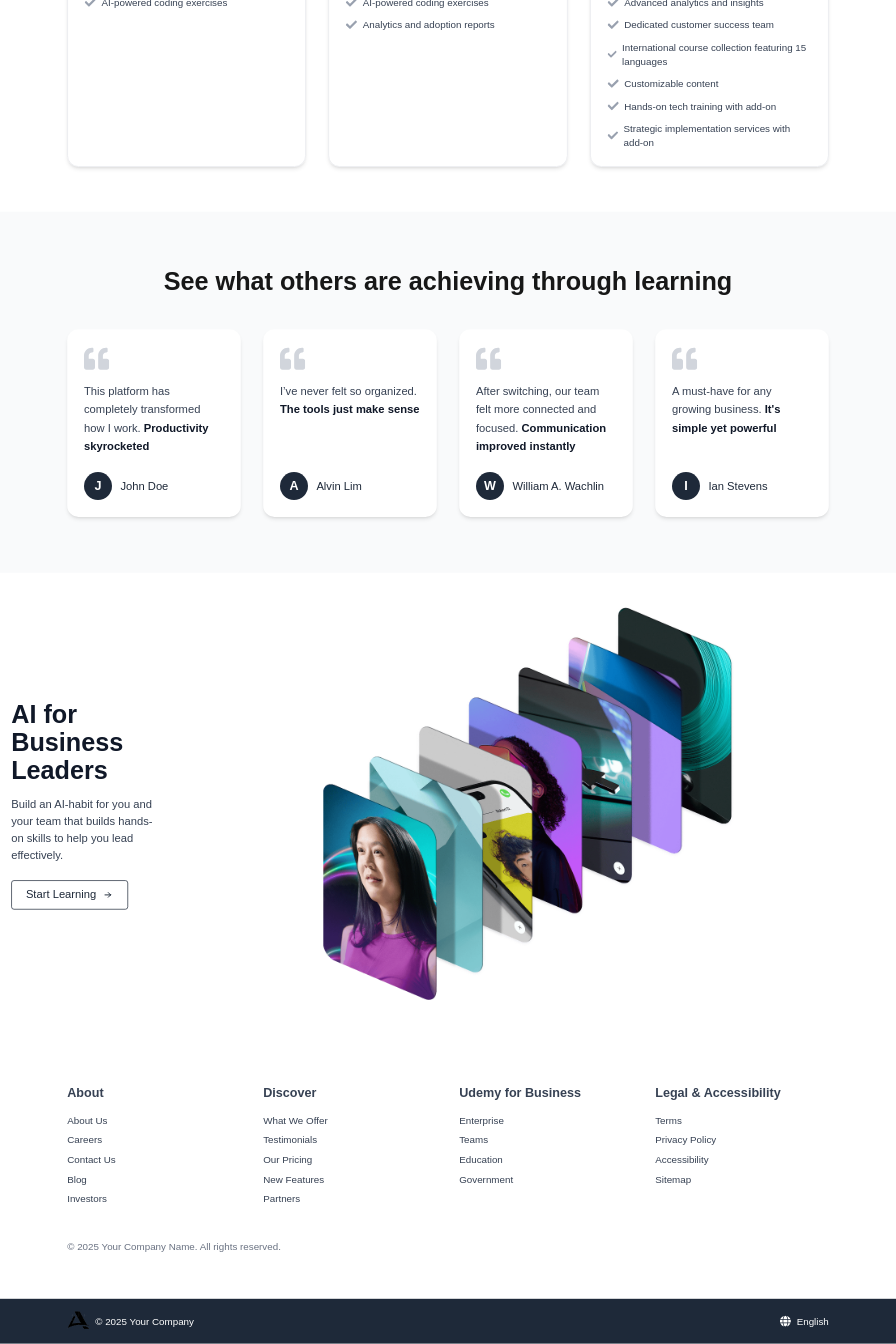
Repository: MohamedSalah54/full-stack-e-learning
Page: / (app in frontend/)
The author's editor kept a copy of each file at every save. The page is drawn from the files as they stood at one save, then again after the next save.
The browser window is 1280 px wide. The pictures show the part of the page from y = 1988 to 3908 px (the page is 3908 px tall), at 70% of full size.
The project was rebuilt for these pictures with package versions that can differ from the ones it lists, and the page was loaded fresh each time. The framework's server and built-in components were replaced by stand-ins that run in the browser. Also part of the build but not shown: frontend/next.config.ts.

Above is the page before, as saved 2025-06-16 15:16:04.

### frontend/src/app/layout.tsx
import type { Metadata } from "next";
import { Geist, Geist_Mono } from "next/font/google";
import "./globals.css";
import { Providers } from "@/app/providers";
import Navbar from "@/components/Navbar";
import Footer from "@/components/Footer";

const geistSans = Geist({
  variable: "--font-geist-sans",
  subsets: ["latin"],
});

const geistMono = Geist_Mono({
  variable: "--font-geist-mono",
  subsets: ["latin"],
});

export const metadata: Metadata = {
  title: "Create Next App",
  description: "Generated by create next app",
};

export default function RootLayout({
  children,
}: Readonly<{
  children: React.ReactNode;
}>) {
  return (
    <html lang="en">
      <body
        className={`${geistSans.variable} ${geistMono.variable} antialiased`}
      >
        <Navbar/>
        <Providers>{children}</Providers>
      <Footer/>
      </body>
    </html>
  );
}

### frontend/src/app/page.tsx
import HeroBannerFixed from "@/components/home/HeroBannerFixed"
import HeroBannerSlider from "@/components/home/HeroBannerSlider"
import HeroCategories from "@/components/home/HeroCategories"
import HeroPlans from "@/components/home/HeroPlans"
import HeroTestimonials from "@/components/home/HeroTestimonials"

const Home = () => {
  return (
    <main className="flex flex-col items-center justify-center">
      <HeroBannerSlider />
      <HeroCategories />
      <HeroPlans />
      <HeroTestimonials />
      <HeroBannerFixed />

    </main>
  )
}

export default Home

### frontend/src/app/providers.jsx
'use client';

import { Provider } from 'react-redux';
import { store } from '@/redux/store/store';
export function Providers({ children }) {
  return <Provider store={store}>{children}</Provider>;
}

### frontend/src/components/Footer.tsx
import { FaGlobe } from "react-icons/fa";

export default function Footer() {
  return (
    <footer className="bg-white text-gray-700">
      {/* Top Footer */}
      <div className="w-full px-6 md:px-16 lg:px-24 py-16">
        <div className="grid grid-cols-2 md:grid-cols-4 gap-8">
          {/* Column 1 */}
          <div>
            <h3 className="font-semibold text-lg mb-4">About</h3>
            <ul className="space-y-2 text-sm">
              <li>About Us</li>
              <li>Careers</li>
              <li>Contact Us</li>
              <li>Blog</li>
              <li>Investors</li>
            </ul>
          </div>

          {/* Column 2 */}
          <div>
            <h3 className="font-semibold text-lg mb-4 bg-">Discover</h3>
            <ul className="space-y-2 text-sm">
              <li>What We Offer</li>
              <li>Testimonials</li>
              <li>Our Pricing</li>
              <li>New Features</li>
              <li>Partners</li>
            </ul>
          </div>

          {/* Column 3 */}
          <div>
            <h3 className="font-semibold text-lg mb-4">Udemy for Business</h3>
            <ul className="space-y-2 text-sm">
              <li>Enterprise</li>
              <li>Teams</li>
              <li>Education</li>
              <li>Government</li>
            </ul>
          </div>

          {/* Column 4 */}
          <div>
            <h3 className="font-semibold text-lg mb-4">Legal & Accessibility</h3>
            <ul className="space-y-2 text-sm">
              <li>Terms</li>
              <li>Privacy Policy</li>
              <li>Accessibility</li>
              <li>Sitemap</li>
            </ul>
          </div>
        </div>

        {/* Bottom note below columns */}
        <div className="mt-12 text-sm text-gray-500">
          © 2025 Your Company Name. All rights reserved.
        </div>
      </div>

      {/* Divider */}
      <div className="border-t border-white" />

      {/* Bottom Footer */}
      <div className="bg-gray-800 text-white py-4 px-6 md:px-16 lg:px-24 flex flex-col md:flex-row justify-between items-center text-sm">
        {/* Left side */}
        <div className="flex items-center gap-2 mb-4 md:mb-0">
          <img src="/logo.png" alt="Logo" className="w-8 h-8" />
          <span>© 2025 Your Company</span>
        </div>

        {/* Right side */}
        <div className="flex items-center gap-2">
          <FaGlobe className="w-4 h-4" />
          <span>English</span>
        </div>
      </div>
    </footer>
  );
}

### frontend/src/components/home/HeroBannerFixed.tsx
// components/HeroBannerFixed.tsx
'use client';

import { HiOutlineArrowSmRight } from "react-icons/hi";

const HeroBannerFixed = () => {
    return (
        <section className="w-full bg-white py-10">
            <div className="max-w-7xl mx-auto px-4 flex flex-col-reverse md:flex-row items-center justify-between gap-10">
                {/* Text content on the left */}
                <div className="w-full md:w-1/2 text-left">
                    <h1 className="text-2xl sm:text-3xl md:text-4xl font-bold text-gray-900 mb-4">
                        AI for Business Leaders
                    </h1>
                    <span className="block text-gray-700 text-base mb-6">
                        Build an AI-habit for you and your team that builds hands-on skills to help you lead effectively.

                    </span>
                    <button className="px-5 py-2 bg-white text-gray-800 border border-gray-800 rounded hover:bg-gray-200 transition flex items-center gap-2 cursor-pointer">
                        Start Learning <HiOutlineArrowSmRight />
                    </button>

                </div>

                {/* Image on the right */}
                <div className="w-full flex justify-end">
                    <div className="w-full md:w-[500px] lg:w-[1000px] ml-auto">
                        <img
                            src="/hero-fixed.png"
                            alt="Hero"
                            className="w-full h-auto rounded-md object-contain"
                        />
                    </div>
                </div>
            </div>
        </section>
    );
};

export default HeroBannerFixed;

### frontend/src/components/home/HeroBannerSlider.tsx
"use client";

import React, { useState } from "react";
import { FaArrowLeft, FaArrowRight } from "react-icons/fa";
import { heroSlides } from "@/constants";

const slides = heroSlides;

const HeroBannerSlider = () => {
  const [current, setCurrent] = useState(0);

  const nextSlide = () => {
    setCurrent((prev) => (prev + 1) % slides.length);
  };

  const prevSlide = () => {
    setCurrent((prev) => (prev - 1 + slides.length) % slides.length);
  };

  return (
    <>
      {/* Slider Section */}
      <section className="w-full relative bg-white overflow-hidden">
        {/* Wrapper for center and padding on large screens */}
        <div className="w-full max-w-screen-xl mx-auto relative h-[300px] sm:h-[400px] md:h-[500px]">
          {slides.map((slide, index) => (
            <img
              key={index}
              src={slide.image}
              alt="Hero"
              className={`absolute top-0 left-0 w-full h-full object-cover object-[60%] transition-opacity duration-700 ${
                index === current ? "opacity-100 z-10" : "opacity-0 z-0"
              }`}
            />
          ))}

          {/* Arrows */}
          <button
            onClick={prevSlide}
            className="absolute top-1/2 left-4 transform -translate-y-1/2 bg-white text-black p-2 rounded-full shadow hover:bg-gray-200 z-40"
          >
            <FaArrowLeft />
          </button>
          <button
            onClick={nextSlide}
            className="absolute top-1/2 right-4 transform -translate-y-1/2 bg-white text-black p-2 rounded-full shadow hover:bg-gray-200 z-40"
          >
            <FaArrowRight />
          </button>

          {/* Text Box for Large Screens */}
          <div className="hidden md:block absolute top-1/2 left-[170px] transform -translate-y-1/2 z-30">
            <div className="bg-white/90 p-5 rounded-md max-w-sm shadow-md">
              <h1 className="text-2xl lg:text-3xl font-bold text-gray-900 mb-2">
                {slides[current].title}
              </h1>
              <p className="text-gray-700 text-base">{slides[current].description}</p>
            </div>
          </div>
        </div>
      </section>

      {/* Text Below Image for Small Screens */}
      <div className="block md:hidden w-full bg-white pt-6 px-4">
        <div className="bg-white p-0 shadow-none rounded-none">
          <h1 className="text-xl font-bold text-gray-900 mb-2">{slides[current].title}</h1>
          <p className="text-gray-700 text-sm">{slides[current].description}</p>
        </div>
      </div>

      {/* Section Below */}
      <div className="w-full text-left py-10 bg-white px-4 sm:px-10 md:px-32">
        <h1 className="text-2xl sm:text-3xl font-bold text-gray-900 mb-4">
          Ready to reimagine your career?
        </h1>
        <p className="text-base sm:text-lg text-gray-700 max-w-xl">
          Get the skills and real-world experience employers want with Career Accelerators.
        </p>
      </div>
    </>
  );
};

export default HeroBannerSlider;

### frontend/src/components/home/HeroCategories.tsx
import { heroCategories } from "@/constants";

const HeroCategories = () => {
    const categories = heroCategories
    return (
       <section className="w-full py-16 px-4 bg-white">
  {/* Cards */}
  <div className="max-w-7xl mx-auto grid grid-cols-1 sm:grid-cols-2 lg:grid-cols-3 gap-8">
    {categories.map((cat, index) => (
      <div
        key={index}
        className="bg-white rounded-xl overflow-hidden shadow transition min-h-[350px] hover:bg-gray-100 cursor-pointer"
      >
        <img
          src={cat.image}
          alt={cat.title}
          className="w-full h-[250px] object-contain bg-white"
        />
        <div className="p-4">
          <h3 className="text-xl font-semibold text-gray-900 mb-2">{cat.title}</h3>
          <p className="text-sm text-gray-600 flex items-center gap-2">
            {"⭐".repeat(Math.round(cat.rating))}
            <span className="text-xs text-gray-500 ml-2">
              ({cat.reviews} reviews)
            </span>
          </p>
        </div>
      </div>
    ))}
  </div>

  {/* Search button */}
  <div className="flex justify-start mt-10 max-w-7xl mx-auto">
    <button className="bg-gray-800 text-white px-6 py-3 rounded-md hover:bg-gray-700 transition cursor-pointer">
      Search All Categories
    </button>
  </div>

  {/* Heading + Span */}
  <div className="text-left mt-10 max-w-7xl mx-auto">
    <h1 className="text-3xl font-bold text-gray-900 mb-2">
      All the skills you need in one place
    </h1>
    <span className="text-gray-600 text-base">
      From critical skills to technical topics, AcademyX supports your professional development.
    </span>
  </div>
</section>

    );
};

export default HeroCategories;

### frontend/src/components/home/HeroTestimonials.tsx
 import { heroTestimonials } from "@/constants";
import { FaQuoteLeft } from "react-icons/fa";

export default function HeroTestimonials() {
  return (
    <section className="w-full bg-gray-50 py-20 px-6 md:px-16 lg:px-24">
      <div className="max-w-7xl mx-auto">
        <h1 className="text-4xl font-bold text-center mb-12">See what others are achieving through learning</h1>
        <div className="grid grid-cols-1 md:grid-cols-2 lg:grid-cols-4 gap-8">
          {heroTestimonials.map((item) => (
            <div
              key={item.id}
              className="bg-white rounded-2xl shadow-md p-6 flex flex-col justify-between h-full"
            >
              {/* Quote icon */}
              <div className="text-gray-300 text-4xl mb-4">
                <FaQuoteLeft />
              </div>

              {/* Text */}
              <p className="text-gray-700 mb-6 leading-relaxed">
                {item.text}
                <strong className="font-semibold text-gray-900"> {item.highlight}</strong>
              </p>

              {/* Avatar */}
              <div className="flex items-center gap-3 mt-auto">
                <div className="w-10 h-10 bg-gray-800 text-white flex items-center justify-center rounded-full text-lg font-bold">
                  {item.name[0]}
                </div>
                <span className="text-gray-800 font-medium">{item.name}</span>
              </div>
            </div>
          ))}
        </div>
      </div>
    </section>
  );
}

### frontend/src/constants/index.ts
//Home Page
import { FaUser, FaUsers, FaBuilding , FaQuoteLeft} from "react-icons/fa";


export const heroSlides = [
    {
        image: "/banner1.jpg",
        title: "Skills that drive you forward",
        description: "Technology and the world of work change fast — with us, you’re faster. Get the skills to achieve goals and stay competitive.",
    },
    {
        image: "/banner2.jpg",
        title: "Learning that gets you",
        description: "Skills for your present (and your future). Get started with us.",
    },
];

export const heroCategories = [
    {
        title: "Full Stack Web Development",
        image: "/full-stack.jpg",
        rating: 5.0,
        reviews: 2100,
    },
    {
        title: "Digital Marketing",
        image: "/digital-marketing.jpg",
        rating: 4.0,
        reviews: 980,
    },
    {
        title: "Data Science",
        image: "/data-science.jpg",
        rating: 4.5,
        reviews: 1234,
    },
];


export const heroPlans = [
  {
    name: "Personal Plan",
    icon: FaUser,
    type: "For you",
    price: "Starting at E£204.00 per month",
    features: [" Access to 26,000+ top courses", "Certification prep", "Goal-focused recommendations","AI-powered coding exercises"],
    color: "bg-gray-800",
  },
  {
    name: "Team Plan",
    icon: FaUsers,
    type: "For your team",
    price: "E£1,490.00 a month per user",
    features: ["Access to 13,000+ top courses", " Certification prep", "Goal-focused recommendations","AI-powered coding exercises","Analytics and adoption reports"],
    color: "bg-gray-600",
  },
  {
    name: "Organize Plan",
    icon: FaBuilding,
    type: "For your organization",
    price: "Contact sales for price",
    features: ["Access to 30,000+ top courses", "Certification prep", "Goal-focused recommendations","AI-powered coding exercises","Advanced analytics and insights","Dedicated customer success team","International course collection featuring 15 languages","Customizable content","Hands-on tech training with add-on","Strategic implementation services with add-on"],
    color: "bg-gray-400",
  },
];

export const heroTestimonials = [
  {
    id: 1,
    text: `This platform has completely transformed how I work. `,
    highlight: `Productivity skyrocketed`,
    name: "John Doe",
  },
  {
    id: 2,
    text: `I’ve never felt so organized. `,
    highlight: `The tools just make sense`,
    name: "Alvin Lim",
  },
  {
    id: 3,
    text: `After switching, our team felt more connected and focused. `,
    highlight: `Communication improved instantly`,
    name: "William A. Wachlin",
  },
  {
    id: 4,
    text: `A must-have for any growing business. `,
    highlight: `It's simple yet powerful`,
    name: "Ian Stevens",
  },
];

Loaded but not shown: frontend/src/app/globals.css (common file); frontend/src/redux/store/store.ts (common file); frontend/src/components/Navbar.tsx (164 lines, source omitted); frontend/src/components/home/HeroPlans.tsx (69 lines, source omitted)

After the next save:
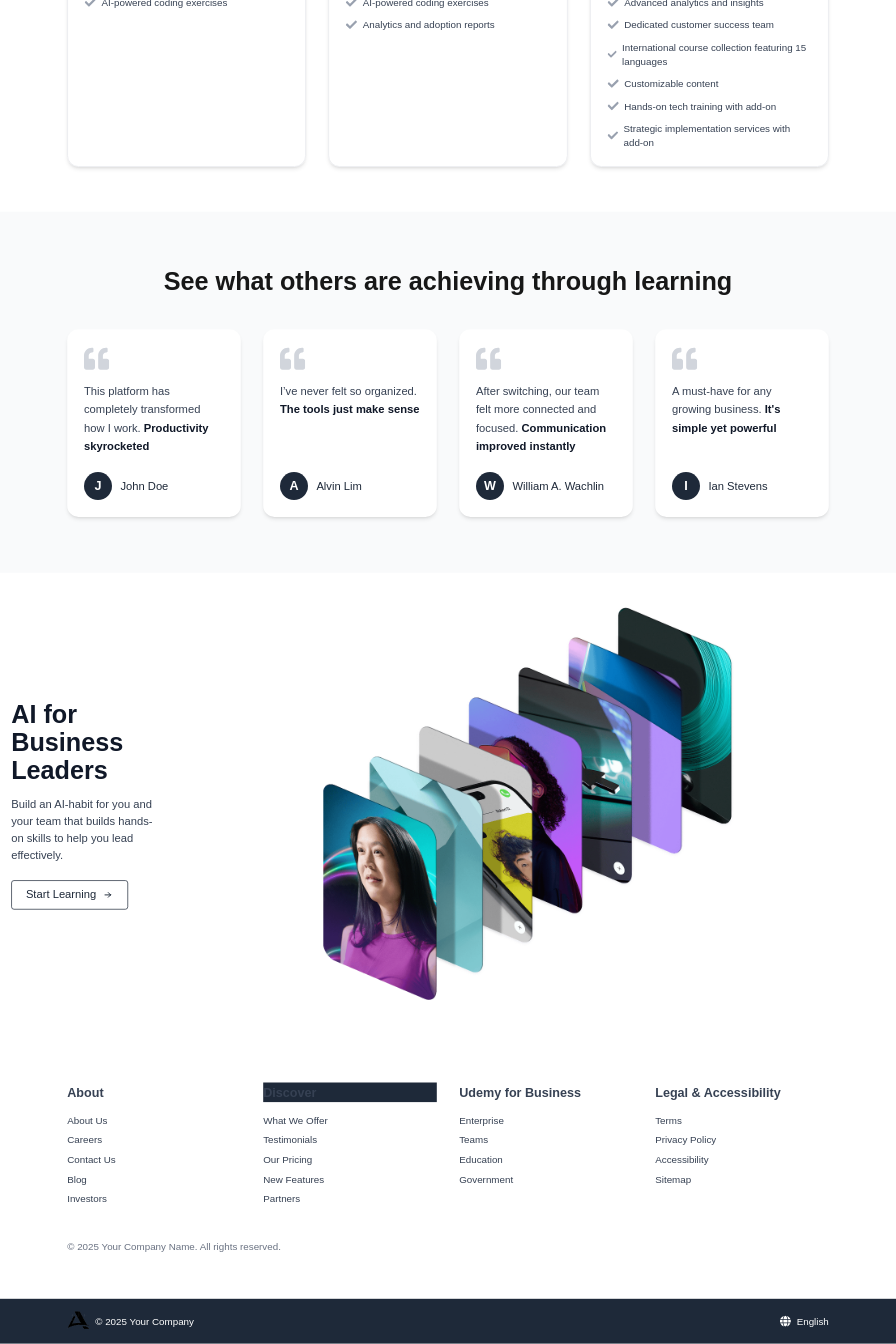
Saved 4 s later.
--- a/frontend/src/components/Footer.tsx
+++ b/frontend/src/components/Footer.tsx
@@ -20,7 +20,7 @@
 
           {/* Column 2 */}
           <div>
-            <h3 className="font-semibold text-lg mb-4 bg-">Discover</h3>
+            <h3 className="font-semibold text-lg mb-4 bg-gray-800">Discover</h3>
             <ul className="space-y-2 text-sm">
               <li>What We Offer</li>
               <li>Testimonials</li>

After the save that followed:
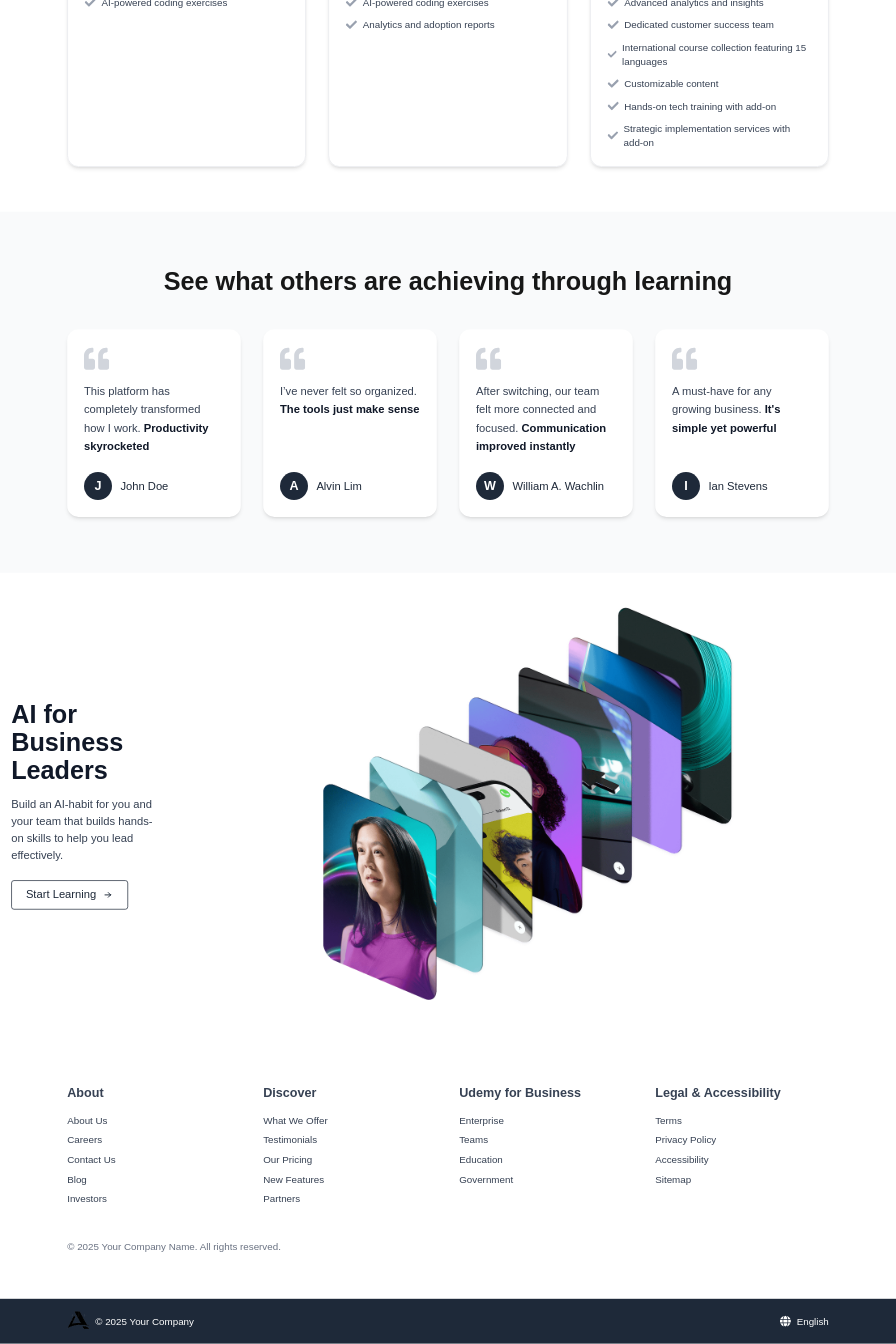
Saved 8 s later.
--- a/frontend/src/components/Footer.tsx
+++ b/frontend/src/components/Footer.tsx
@@ -20,7 +20,7 @@
 
           {/* Column 2 */}
           <div>
-            <h3 className="font-semibold text-lg mb-4 bg-gray-800">Discover</h3>
+            <h3 className="font-semibold text-lg mb-4 ">Discover</h3>
             <ul className="space-y-2 text-sm">
               <li>What We Offer</li>
               <li>Testimonials</li>
